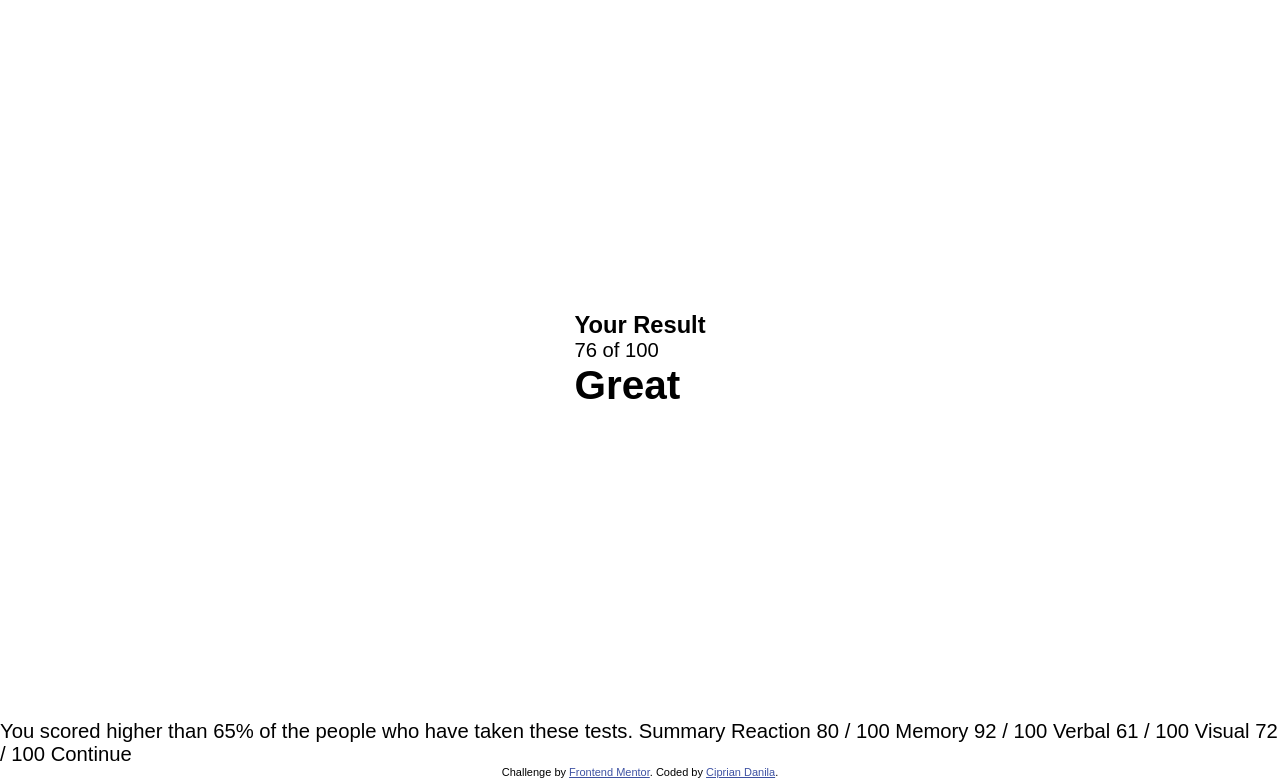
Repository: cipdanila/results-summary-component
Page: index.html
An editor plug-in stored every save of this project. The page is shown before and after the next save, followed by the edit.
The browser window is 1280 px wide. The pictures show the whole page.

Above is the page before, as saved 2024-02-01 20:12:37.

### index.html
<!DOCTYPE html>
<html lang="en">
<head>
  <meta charset="UTF-8">
  <meta name="viewport" content="width=device-width, initial-scale=1.0"> <!-- displays site properly based on user's device -->

  <link rel="icon" type="image/png" sizes="32x32" href="./assets/images/favicon-32x32.png">
  <link rel="stylesheet" href="styles.css">
  <title>Frontend Mentor | Results summary component</title>

</head>
<body>
  <main>
    <div class="card">
      <div class="result">
        <h3>Your Result</h3>
        <div class="score">
          76
          of 100
        </div>
        <h1>Great</h1>
      </div>
      <div class="summary">

      </div>
    </div>
  </main>





  You scored higher than 65% of the people who have taken these tests.

  Summary

  Reaction
  80 / 100

  Memory
  92 / 100

  Verbal
  61 / 100

  Visual
  72 / 100

  Continue

  <footer>
    <div class="attribution">
        Challenge by
        <a
            href="https://www.frontendmentor.io/challenges/results-summary-component-CE_K6s0maV/hub"
            target="_blank"
            rel="noopener noreferer"
            >Frontend Mentor</a
        >. Coded by <a href="https://github.com/cipdanila" target="_blank" rel="noopener noreferer">Ciprian Danila</a>.
    </div>
</footer>
</body>
</html>

### styles.css
@import url('https://fonts.googleapis.com/css2?family=Hanken+Grotesk:wght@500;700;800&display=swap');

:root {
    /* Colors */
    /* Primary */
    --light-red: hsl(0, 100%, 67%);
    --orange-yellow: hsl(39, 100%, 56%);
    --green-teal: hsl(166, 100%, 37%);
    --cobalt-blue: hsl(234, 85%, 45%);
    /* Gradients */
    --light-slate-blue: hsl(252, 100%, 67%);    /*  (background) */
    --light-royal-blue: hsl(241, 81%, 54%);    /* (background) */

    --violet-blue: hsla(256, 72%, 46%, 1); /* (circle) */
    --persian-blue: hsla(241, 72%, 46%, 0);    /* (circle) */
    /* Neutral */
    --white: hsl(0, 0%, 100%);
    --pale-blue: hsl(221, 100%, 96%);
    --light-lavender: hsl(241, 100%, 89%);
    --dark-gray-blue: hsl(224, 30%, 27%);
}

*, *::after, *::before {
    box-sizing: border-box;
    margin: 0;
    padding: 0;
}

body, html {
    height: 100%;
    font-family: "Outfit", sans-serif;
    font-size: 1.125rem;                /* 18px */
    font-weight: 300;
    background-color: var(--white);
}

main {
    display: flex;
    justify-content: center;
    align-items: center;
    height: 100%;
}

.attribution {
    font-size: 11px;
    text-align: center;
}
.attribution a {
    color: hsl(228, 45%, 44%);
}

After the next save:
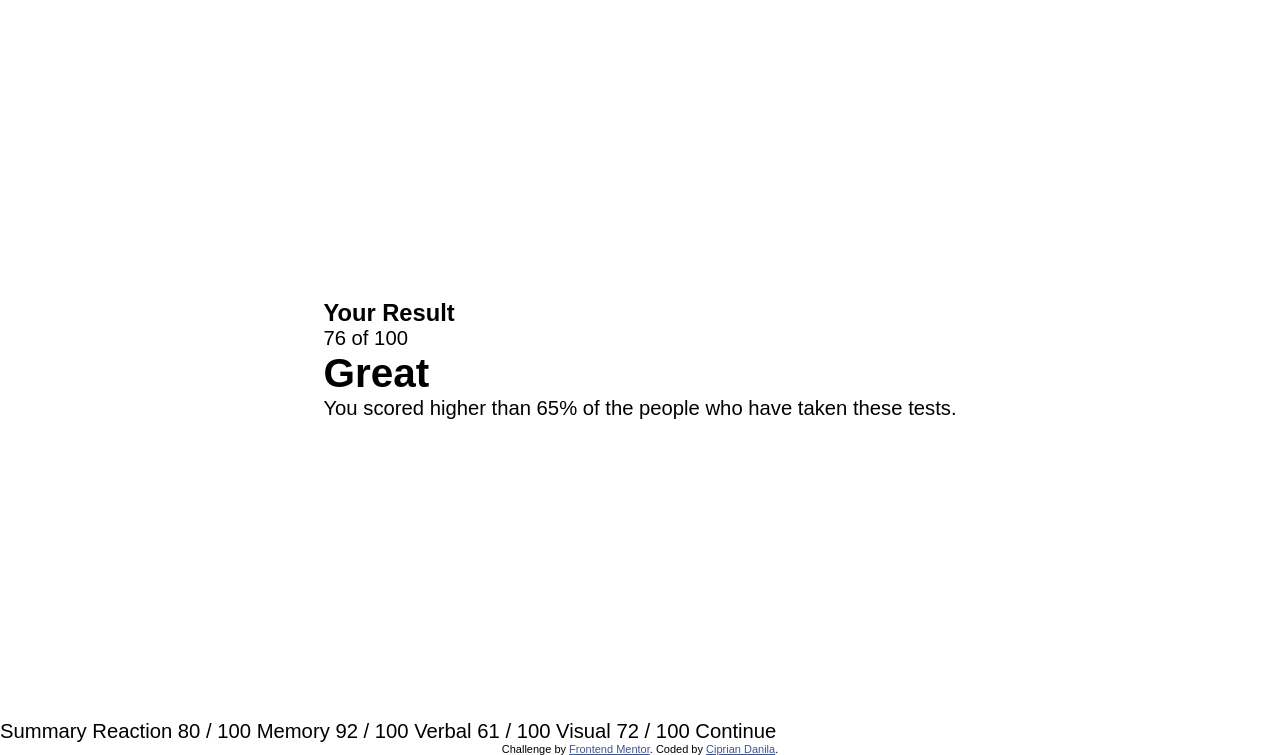
Saved 16 s later.
--- a/index.html
+++ b/index.html
@@ -19,18 +19,13 @@
           of 100
         </div>
         <h1>Great</h1>
+        <p>You scored higher than 65% of the people who have taken these tests.</p>
       </div>
       <div class="summary">
 
       </div>
     </div>
   </main>
-
-
-
-
-
-  You scored higher than 65% of the people who have taken these tests.
 
   Summary
 
